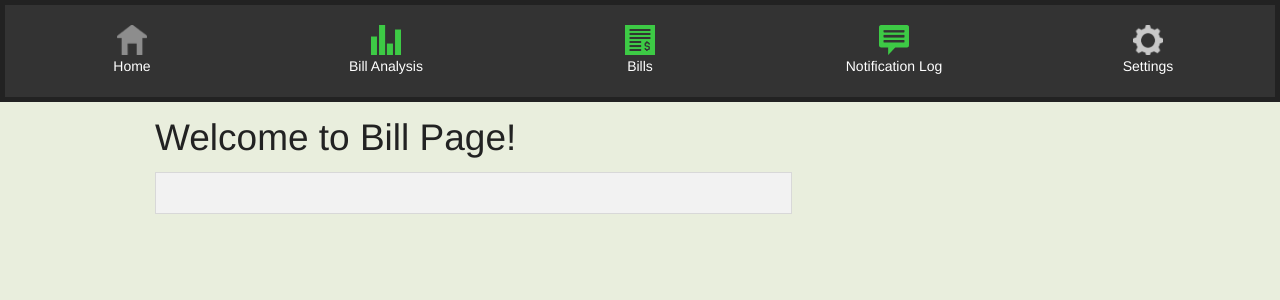
Repository: jcskillings/paidit
Page: billaccounts.html
The author's editor kept a record of every edit. The page is drawn from the files as they stood at one moment, then again after the next edit.
The browser window is 1280 px wide. The pictures show the whole page.

Above is the page before.

### billaccounts.html
<!doctype html>
<html class="no-js" lang="en">
  <head>
    <meta charset="utf-8" />
    <meta name="viewport" content="width=device-width, initial-scale=1.0" />
    <title>Kyle Schenk | Bill Analysis</title>
    <link rel="stylesheet" href="css/test.css" />
    <link rel="stylesheet" href="css/foundation.css" />

    <script src="js/vendor/modernizr.js"></script>
  </head>
  <body>


      <div class="icon-bar five-up">
        <a class="item" href="index.html">
          <img src="img/icon/homeIconD.png" height="20" width="20"  >
          <label>Home</label>
        </a>
        <a class="item" href="analysis.html">
          <img src="img/icon/chartsIconG.png" height="20" width="20">
          <label>Bill Analysis</label>
        </a>
        <a class="item" href="billaccounts.html">
          <img src="img/icon/billIconG.png" height="20" width="20">
          <label>Bills</label>
        </a>
        <a class="item" href="notificationslog.html">
          <img src="img/icon/smsIconG.png" height="20" width="20">
          <label>Notification Log</label>
        </a>
        <a class="item" href="usersettings.html">
          <img src="img/icon/gearIconLite.png" height="20" width="20">
          <label>Settings</label>
        </a>
      </div>



    <div class="row">

      <div class="large-8 columns">
          <h2>Welcome to Bill Page!</h2>
          <div class="panel">

          </div> <!-- panel -->

      </div>

        <div class="large-4 columns">
        </div>


    </div>









    <script src="js/vendor/jquery.js"></script>
    <script src="js/foundation.min.js"></script>
    <script>
      $(document).foundation();
    </script>
  </body>
</html>

### css/test.css
.top-bar-section ul li > a:hover {
  color: #3dca45 !important;
  border-style: solid;
    border-width: 5px;
    border-color:#3dca45;

  }
body {
  background: #e9eedd  !important;
}


.icon-bar >a:hover {
background: green !important;
   border-style: solid;
    border-width: 5px;
    border-color:green;
}

.top-bar-section li a:not(.button):hover {
    background: green !important;
    border-style: solid;
    border-width: 5px;
    border-color:green;
}

.top-bar-section ul li.active > a {
    background: gray !important;
    border-style: solid;
    border-width: 5px;
    border-color:gray;

}

.top-bar-section ul li.active > a:hover {
    background: yellow !important;
}
.icon-bar {
    margin-bottom: 0px !important;
}
.column.small-centered {
margin-left: auto;
margin-right: auto;
float: none !important; }

.fullWidth {
   width: 100% !important;
   margin-left: auto;
   margin-right: auto;
   max-width: 100% !important;
   margin-top: 0px;
}
#thinBar {
    background: #222222 !important;
    height: 20px !important;
    padding: 0px !important;
    border: none;
}
#logoutLink {
    padding-right: 10px !important;
}

Loaded but not shown: css/foundation.css (library); js/vendor/modernizr.js (library); js/vendor/jquery.js (library); js/foundation.min.js (library)

After the next edit:
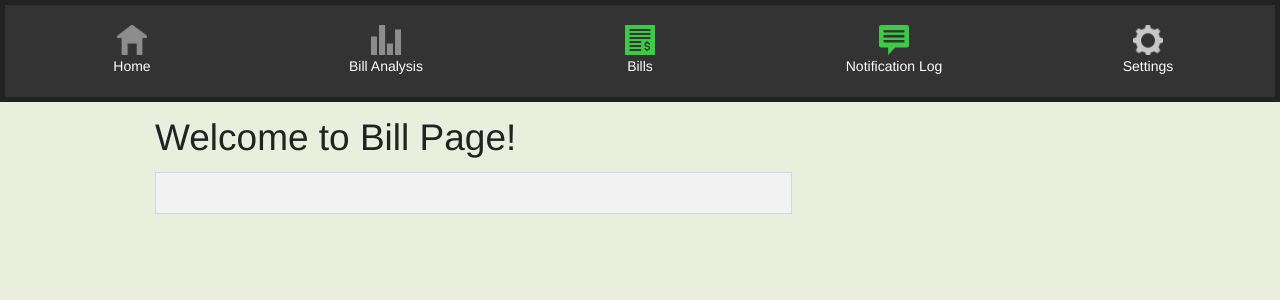
The edit:
--- a/billaccounts.html
+++ b/billaccounts.html
@@ -18,7 +18,7 @@
           <label>Home</label>
         </a>
         <a class="item" href="analysis.html">
-          <img src="img/icon/chartsIconG.png" height="20" width="20">
+          <img src="img/icon/chartsIconD.png" height="20" width="20">
           <label>Bill Analysis</label>
         </a>
         <a class="item" href="billaccounts.html">
